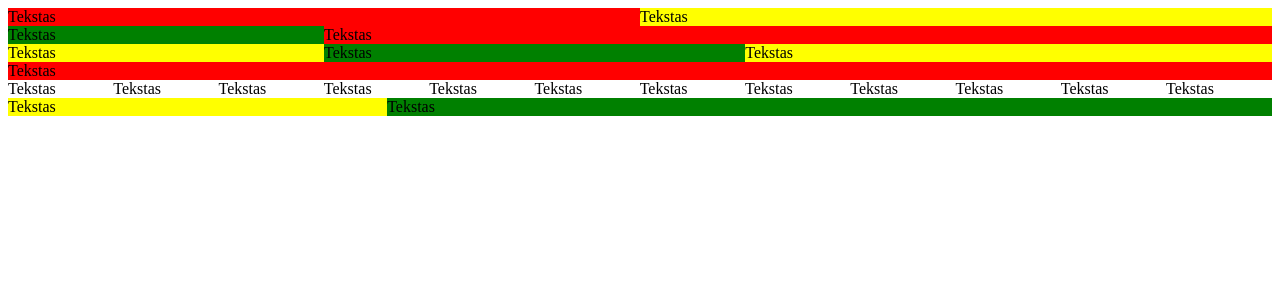
Repository: motiejus1/05-paskaita
Page: index.html
The author's editor kept a copy of each file at every save. The page is drawn from the files as they stood at one save, then again after a run of saves.
The browser window is 1280 px wide. The pictures show the whole page.

Above is the page before, as saved 2021-06-07 18:54:41.

### index.html
<!DOCTYPE html>
<html lang="en">
<head>
    <meta charset="UTF-8">
    <meta http-equiv="X-UA-Compatible" content="IE=edge">
    <meta name="viewport" content="width=device-width, initial-scale=1.0">
    <title>Pentoji paskaita</title>
    <style>
        * {
            box-sizing: border-box;
        }

        .col-1 {
            width: 8.33%;
        }

        .col-2 {
            width: 16.66%;
        }

        .col-3 {
            width: 25%;
        }

        .col-4 {
            width: 33.33%;
        }

        .col-5 {
            width: 41.66%;
        }

        .col-6 {
            width: 50%;
        }

        .col-7 {
            width: 58.33%;
        }

        .col-8 {
            width: 66.66%;
        }

        .col-9 {
            width:75%;
        }

        .col-10 {
            width: 83.33%;
        }

        .col-11 {
            width: 91.66%;
        }

        .col-12 {
            width: 100%;
        }

        [class*="col-"] {
            float:left;
        }

        .raudona {
            background-color: red;
        }

        .geltona {
            background-color: yellow;
        }

        .zalia {
            background-color: green;
        }

         .row {
            float: left;
            width: 100%;
        }

        .col-ekrano-30 {
            width: 30%;
        }

        .col-ekrano-70 {
            width: 70%;
        }
    </style>

</head>
<body>
    <div class="row">
        <div class="col-6 raudona">Tekstas</div>
        <div class="col-6 geltona">Tekstas</div>
    </div>

    <div class="row">
        <div class="col-3 zalia">Tekstas</div>
        <div class="col-9 raudona">Tekstas</div>
    </div>

    <div class="row">
        <div class="col-3 geltona">Tekstas</div>
        <div class="col-4 zalia">Tekstas</div>
        <div class="col-5 geltona">Tekstas</div>
    </div>

    <div class="row">
        <div class="col-12 raudona">Tekstas</div>
    </div>

    <div class="row">
        <div class="col-1">Tekstas</div>
        <div class="col-1">Tekstas</div>
        <div class="col-1">Tekstas</div>
        <div class="col-1">Tekstas</div>
        <div class="col-1">Tekstas</div>
        <div class="col-1">Tekstas</div>
        <div class="col-1">Tekstas</div>
        <div class="col-1">Tekstas</div>
        <div class="col-1">Tekstas</div>
        <div class="col-1">Tekstas</div>
        <div class="col-1">Tekstas</div>
        <div class="col-1">Tekstas</div>
    </div>

    <div class="row">
        <div class="col-ekrano-30 geltona" style="">Tekstas</div>
        <div class="col-ekrano-70 zalia">Tekstas</div>
    </div>



</body>
</html>

After the next 2 saves:
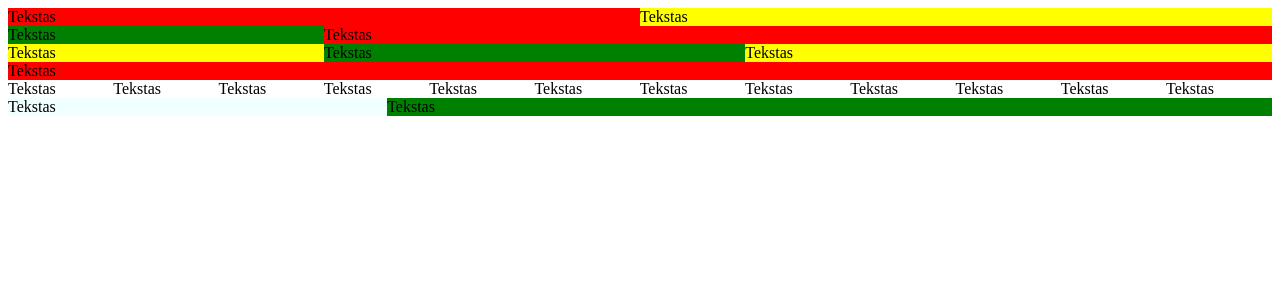
The 2 saves are shown as one change because they came seconds apart.
The last was saved 25 s later.
--- a/index.html
+++ b/index.html
@@ -126,7 +126,7 @@
     </div>
 
     <div class="row">
-        <div class="col-ekrano-30 geltona" style="">Tekstas</div>
+        <div class="col-ekrano-30 geltona" style="background-color: azure;">Tekstas</div>
         <div class="col-ekrano-70 zalia">Tekstas</div>
     </div>
 
